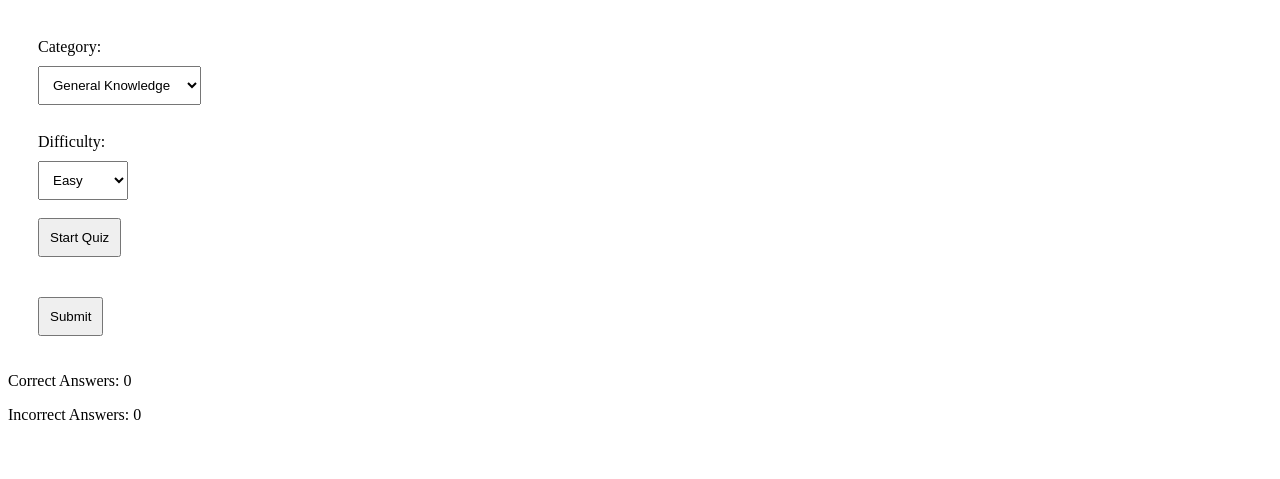
Repository: Kayla-amr/triviaSvelte
Page: /
These files come from the project's save history. The page is drawn as it stood at one moment and after the next save; the edit follows.
The browser window is 1280 px wide. The pictures show the whole page.
The project was rebuilt for these pictures with package versions that can differ from the ones it lists, and the page was loaded fresh each time. The framework's server and built-in components were replaced by stand-ins that run in the browser. Also part of the build but not shown: svelte.config.js, vite.config.js.

Above is the page before, as saved 2023-03-18 09:23:59.

After the next save:
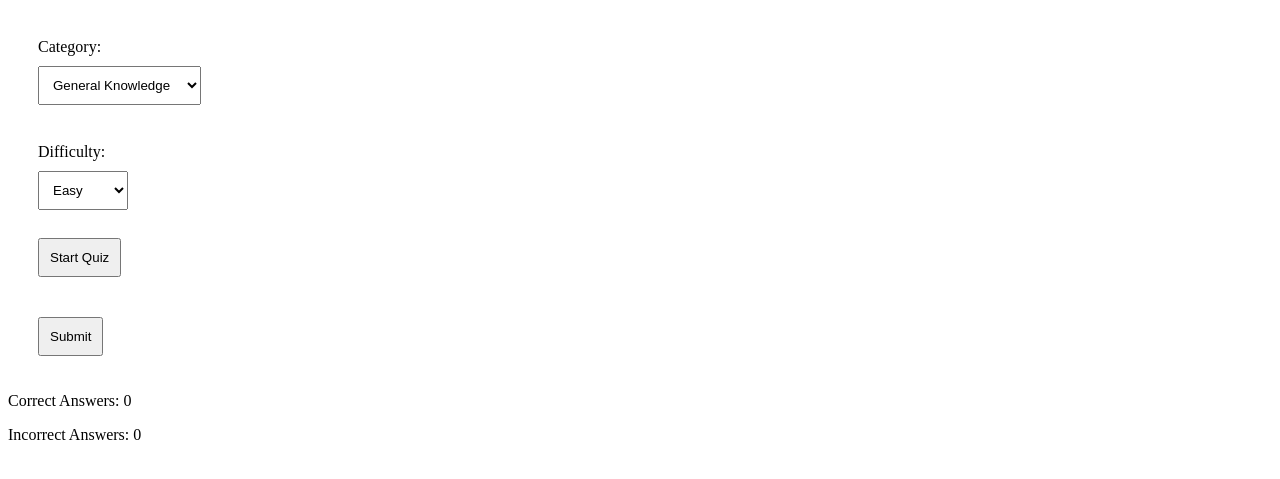
Saved 8 s later.
--- a/src/routes/+page.svelte
+++ b/src/routes/+page.svelte
@@ -108,7 +108,7 @@
         padding: 10px;
     }
     select {
-        margin: 0 10px 0 10px;
+        margin: 0 10px 10px 10px;
         padding: 10px;
     }
     button {
